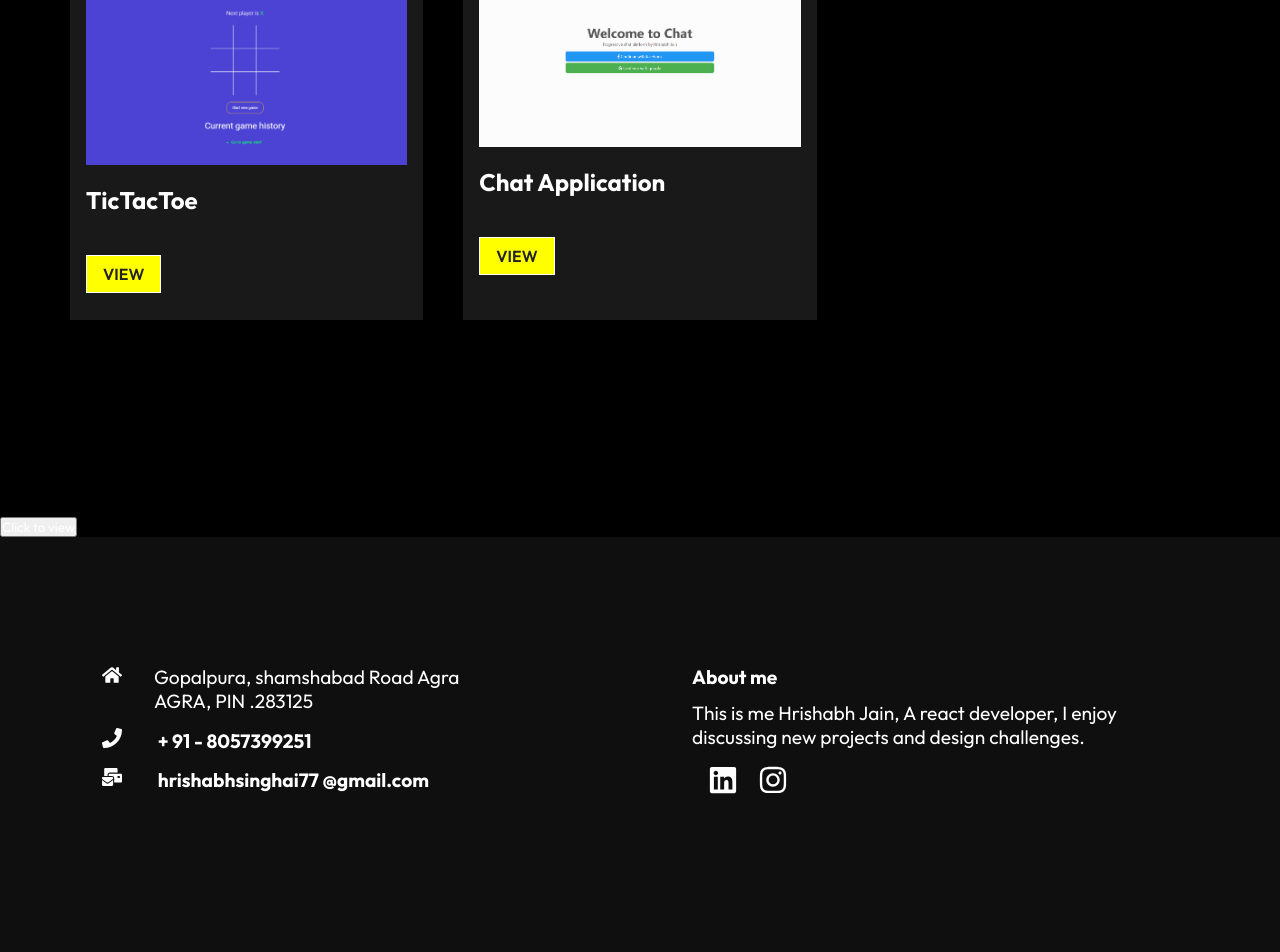
Repository: Hrishabhsinghai/Portfolio
Page: /project
The author's editor kept a copy of each file at every save. The page is drawn from the files as they stood at one save, then again after a run of saves.
The browser window is 1280 px wide. The pictures show the part of the page from y = 675 to 1627 px (the page is 1627 px tall before and 1595 px after).
The project was rebuilt for these pictures with package versions that can differ from the ones it lists, and the page was loaded fresh each time. Also part of the build but not shown: src/components/HeroImgStyles.css, src/components/HeroImg.js, src/routes/Home.js, src/components/AboutContentSttyles.css, src/components/AboutContent.js, src/routes/About.js, src/routes/Contact.js.

Above is the page before, as saved 2024-01-11 22:27:31.

After the next 2 saves:
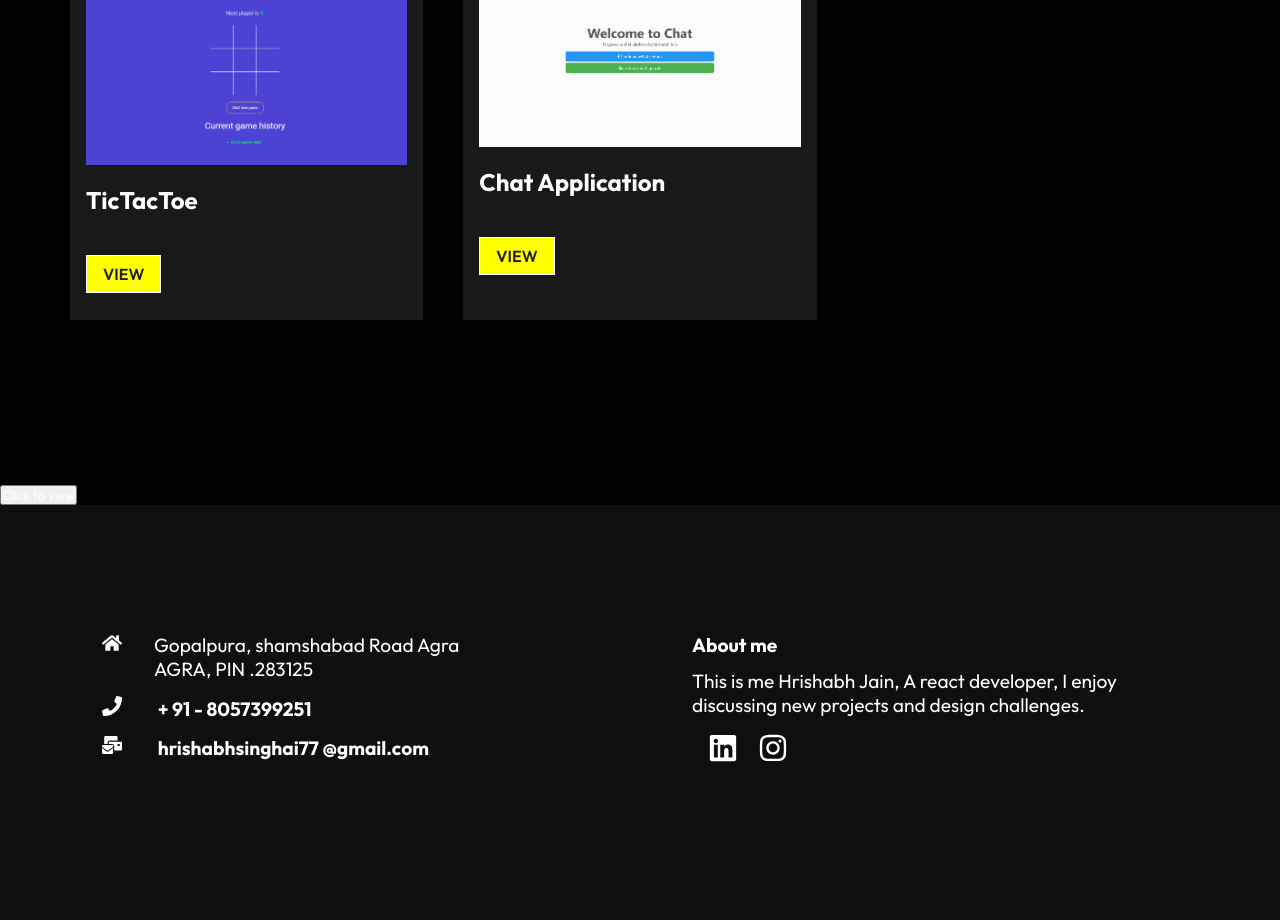
The 2 saves are shown as one change because they came seconds apart.
The last was saved 8 s later.
--- a/src/components/WorkCardStyles.css
+++ b/src/components/WorkCardStyles.css
@@ -52,5 +52,5 @@
 
 .github {
   text-align: center;
-  padding: 4rem 0 2rem 0;
+  padding: 2rem 0 2rem 0;
 }
